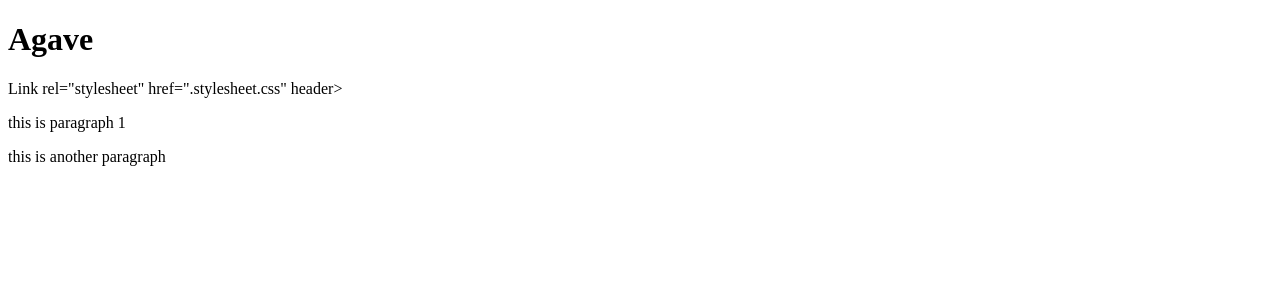
Repository: SepulVidaMX/first-website
Page: index.html
The author's editor kept a copy of each file at every save. The page is drawn from the files as they stood at one save, then again after the next save.
The browser window is 1280 px wide. The pictures show the whole page.

Above is the page before, as saved 2019-02-11 19:10:17.

### index.html
<!DOCTYPE html>
<html>
  <head>
    <title>Agave in Tequila Mexico</title>
  </head>
  <body>
  <header>
<h1>Agave<h1></h1>
  Link rel="stylesheet" href=".stylesheet.css"
  </h1>header>
  <p>this is paragraph 1</p>
  <p> this is another paragraph</p>

After the next save:
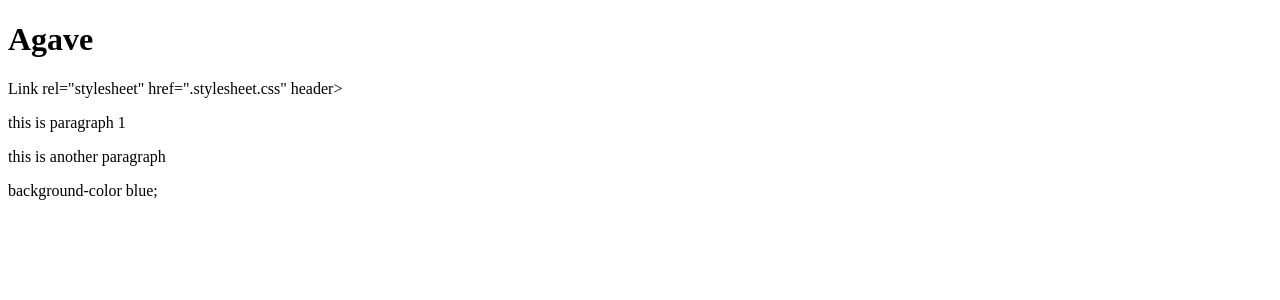
Saved 3 min 15 s later.
--- a/index.html
+++ b/index.html
@@ -10,3 +10,4 @@
   </h1>header>
   <p>this is paragraph 1</p>
   <p> this is another paragraph</p>
+background-color blue;
